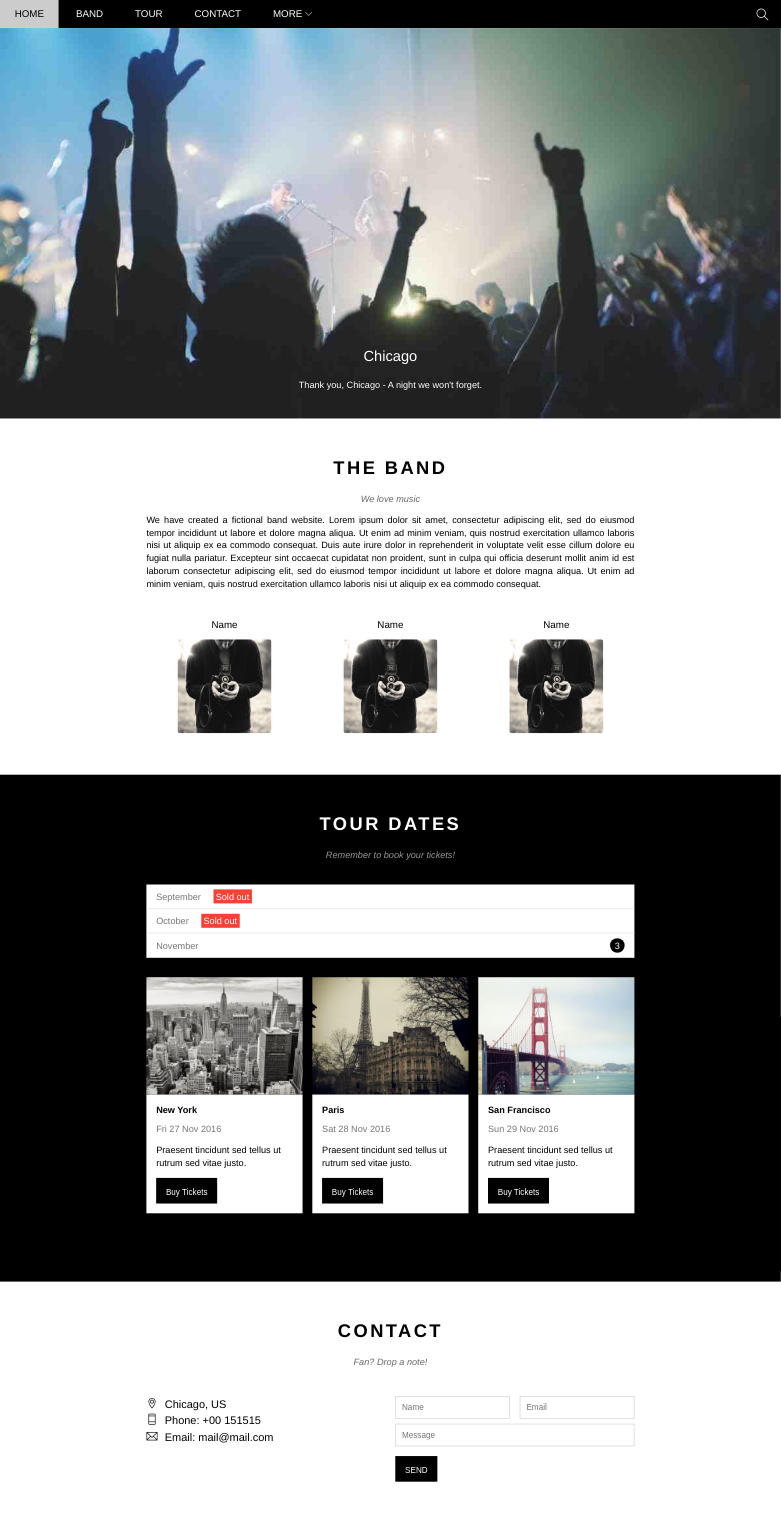
Repository: phongngotrong/w3school_reup
Page: index.html
The author's editor kept a copy of each file at every save. The page is drawn from the files as they stood at one save, then again after the next save.
The browser window is 1280 px wide. The pictures show the whole page, at 61% of full size.

Above is the page before, as saved 2021-12-24 10:19:19.

After the next save:
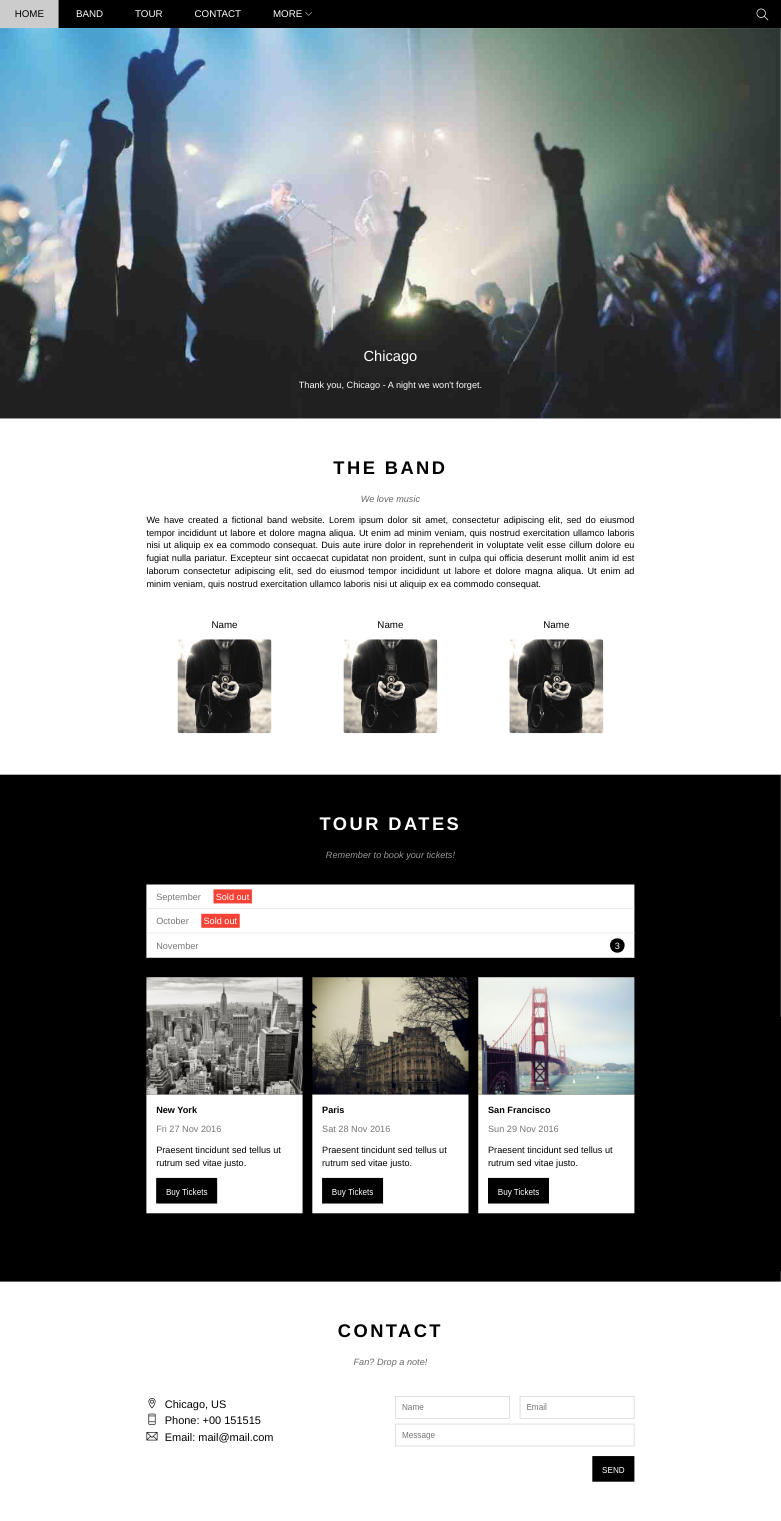
Saved 28 s later.
--- a/index.html
+++ b/index.html
@@ -195,7 +195,7 @@
                     <input type="text" name="" required placeholder="Message" id="" class="form-control">
                 </div>
                 </div>
-                <input class="btn form-submit-btn mt-16" type="submit" value="SEND">
+                <input class="btn pull-right mt-16" type="submit" value="SEND">
               </form>
             </div>
           </div>
